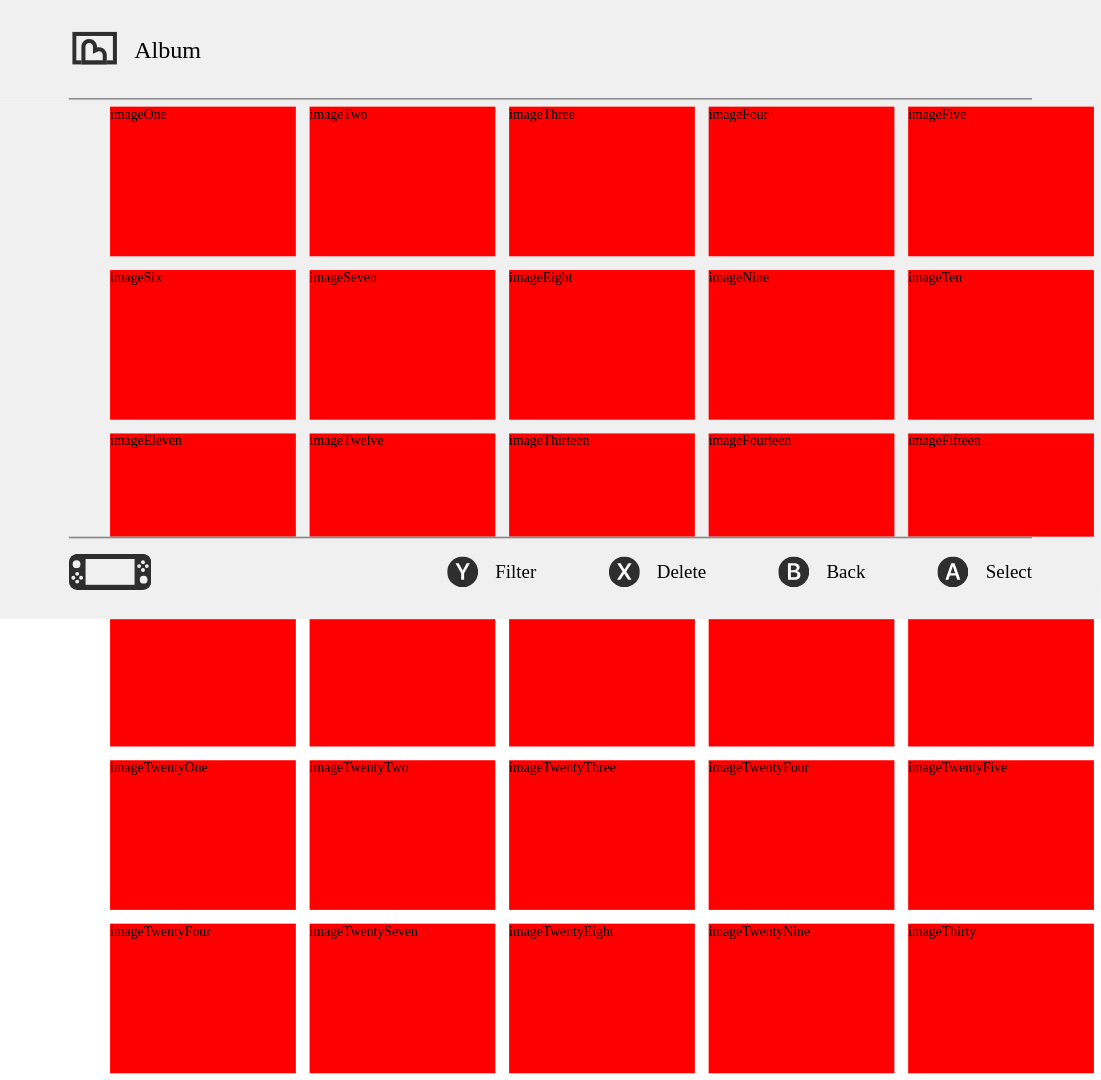
Repository: danielj1415/nintendoSwitchUI2
Page: /album
An editor plug-in stored every save of this project. The page is shown before and after the next save, followed by the edit.
The browser window is 1280 px wide. The pictures show the whole page, at 86% of full size.
The project was rebuilt for these pictures with package versions that can differ from the ones it lists, and the page was loaded fresh each time. Also part of the build but not shown: vite.config.js, src/ScreenHome.jsx, src/ScreenSettings.jsx.

Above is the page before, as saved 2024-10-16 11:16:42.

After the next save:
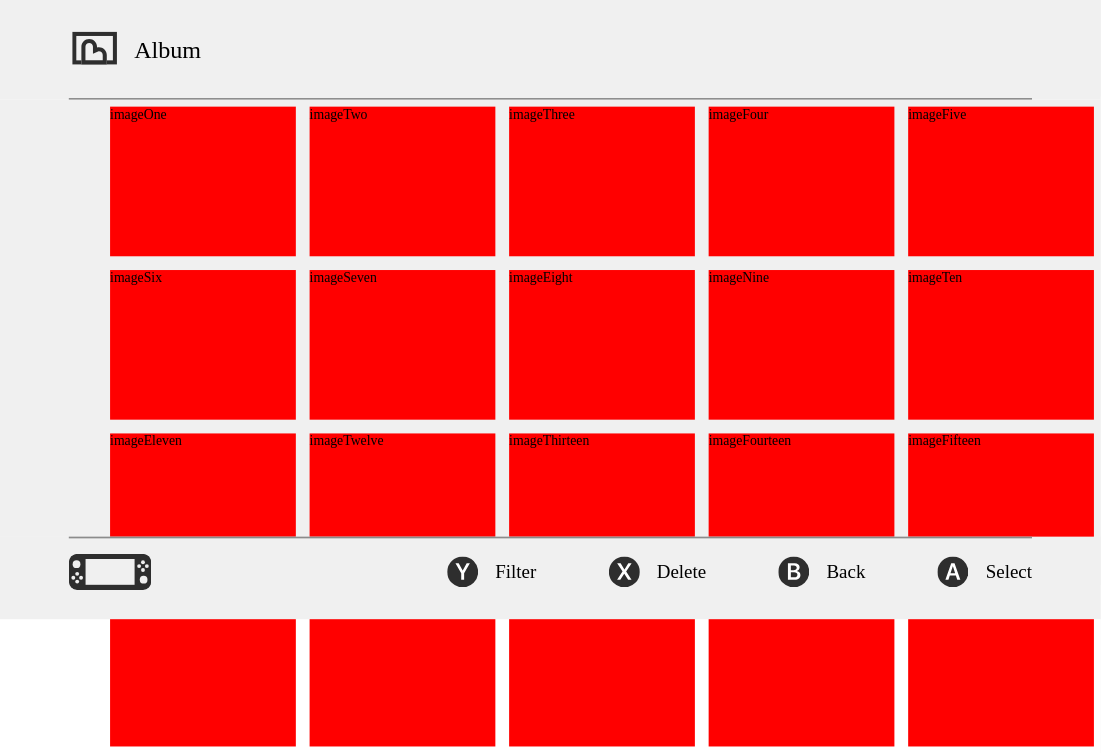
Saved 79 s later.
--- a/src/ScreenAlbum.jsx
+++ b/src/ScreenAlbum.jsx
@@ -17,8 +17,7 @@
         ["imageSix", "imageSeven", "imageEight", "imageNine", "imageTen"],
         ["imageEleven", "imageTwelve", "imageThirteen", "imageFourteen", "imageFifteen"],
         ["imageSixteen", "imageSeventeen", "imageEighteen", "imageNineteen", "imageTwenty"],
-        ["imageTwentyOne", "imageTwentyTwo", "imageTwentyThree", "imageTwentyFour", "imageTwentyFive"],
-        ["imageTwentyFour", "imageTwentySeven", "imageTwentyEight", "imageTwentyNine", "imageThirty"]
+
     ]
 
     const navigate = useNavigate();

After the save that followed:
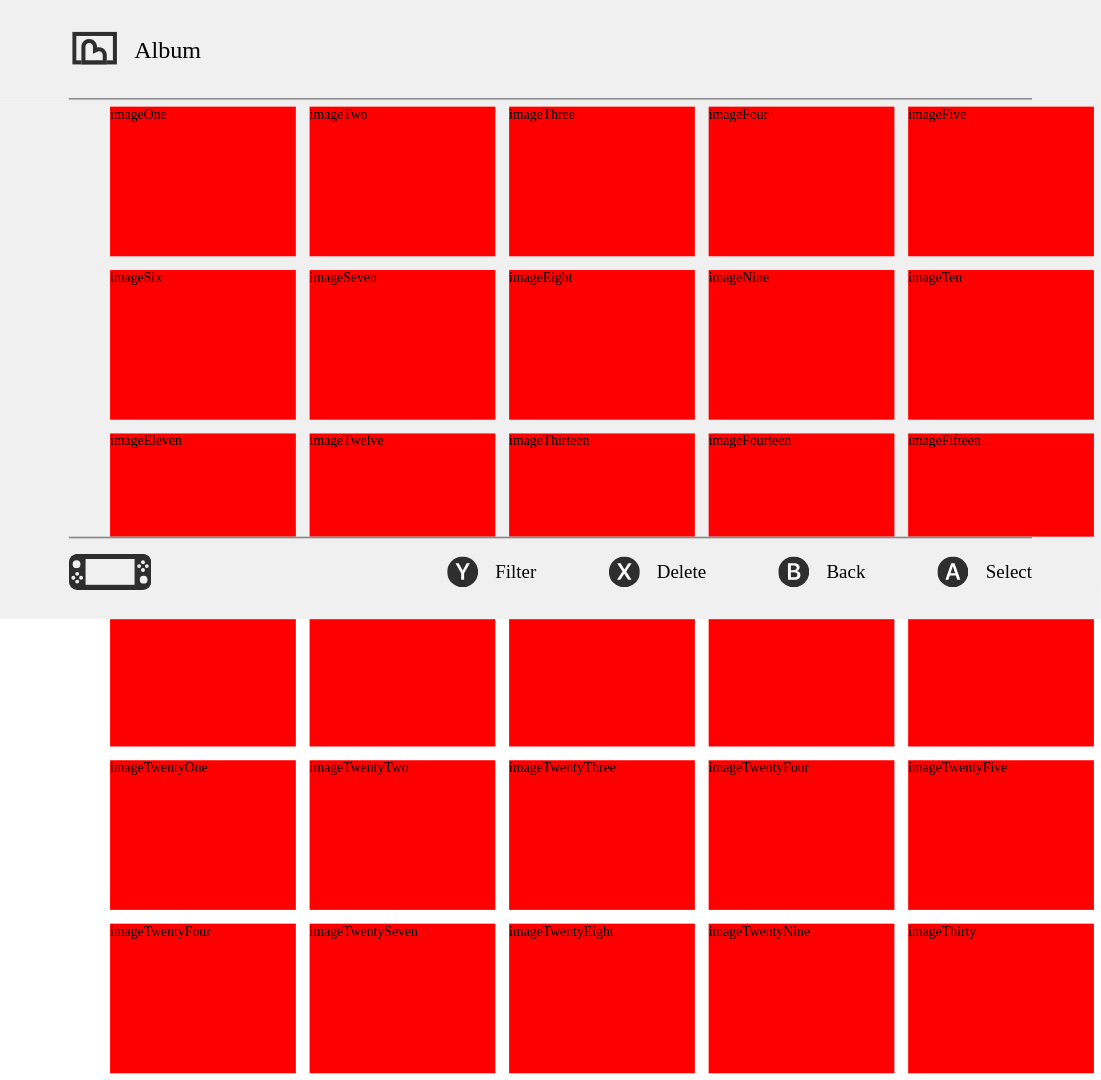
Saved 8 s later.
--- a/src/ScreenAlbum.jsx
+++ b/src/ScreenAlbum.jsx
@@ -17,7 +17,8 @@
         ["imageSix", "imageSeven", "imageEight", "imageNine", "imageTen"],
         ["imageEleven", "imageTwelve", "imageThirteen", "imageFourteen", "imageFifteen"],
         ["imageSixteen", "imageSeventeen", "imageEighteen", "imageNineteen", "imageTwenty"],
-
+        ["imageTwentyOne", "imageTwentyTwo", "imageTwentyThree", "imageTwentyFour", "imageTwentyFive"],
+        ["imageTwentyFour", "imageTwentySeven", "imageTwentyEight", "imageTwentyNine", "imageThirty"]
     ]
 
     const navigate = useNavigate();
